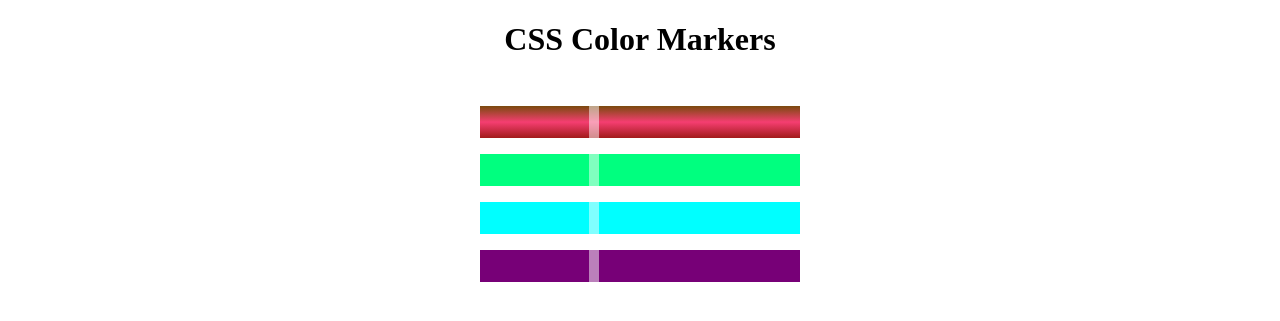
Repository: Lungdjos/color_markers
Page: index.html
These files come from the project's save history. The page is drawn as it stood at one moment and after the next save; the edit follows.
The browser window is 1280 px wide. The pictures show the whole page.

Above is the page before, as saved 2023-09-18 18:49:20.

After the next save:
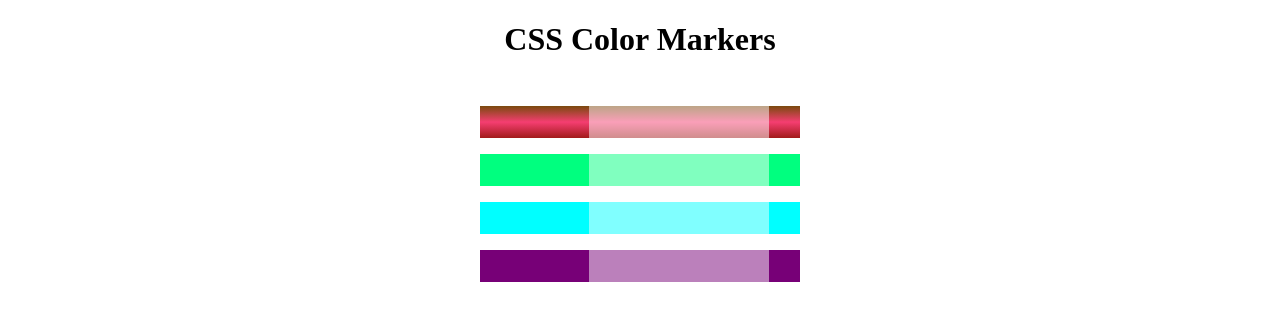
Saved 4 s later.
--- a/styles.css
+++ b/styles.css
@@ -34,7 +34,7 @@ h1 {
 }
 
 .sleeve {
-    width: 10px;
+    width: 180px;
     height: 32px;
     background-color: rgba(255, 255, 255, 0.5);
     border-left-width: 40px;
